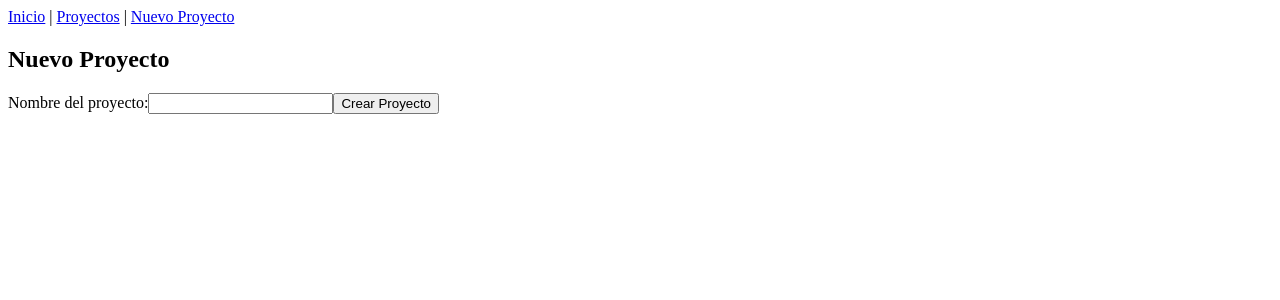
Repository: osoriomrs/ICS_IA
Page: /projects/new (app in EJER_10.2/)
The author's editor kept a copy of each file at every save. The page is drawn from the files as they stood at one save, then again after the next save.
The browser window is 1280 px wide. The pictures show the whole page.
The project was rebuilt for these pictures with package versions that can differ from the ones it lists, and the page was loaded fresh each time. Also part of the build but not shown: EJER_10.2/vite.config.js, EJER_10.2/src/routes/HomePage.jsx, EJER_10.2/src/components/ProjectList.jsx, EJER_10.2/src/routes/ProjectsPage.jsx, EJER_10.2/src/routes/ProjectDetailsPage.jsx, EJER_10.2/src/routes/NewTaskPage.jsx.

Above is the page before, as saved 2026-01-26 11:37:30.

After the next save:
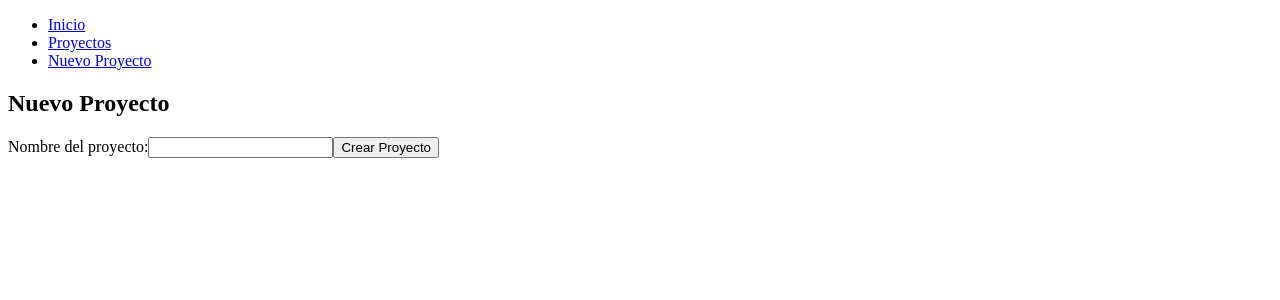
Saved 18 s later.
--- a/EJER_10.2/src/components/MainNavigation.jsx
+++ b/EJER_10.2/src/components/MainNavigation.jsx
@@ -3,9 +3,11 @@
 export default function MainNavigation() {
   return (
     <nav>
-      <NavLink to="/" end>Inicio</NavLink> |{" "}
-      <NavLink to="/projects">Proyectos</NavLink> |{" "}
-      <NavLink to="/projects/new">Nuevo Proyecto</NavLink>
+      <ul>
+        <li><NavLink to="/">Inicio</NavLink></li>
+        <li><NavLink to="/projects">Proyectos</NavLink></li>
+        <li><NavLink to="/projects/new">Nuevo Proyecto</NavLink></li>
+      </ul>
     </nav>
   );
 }
